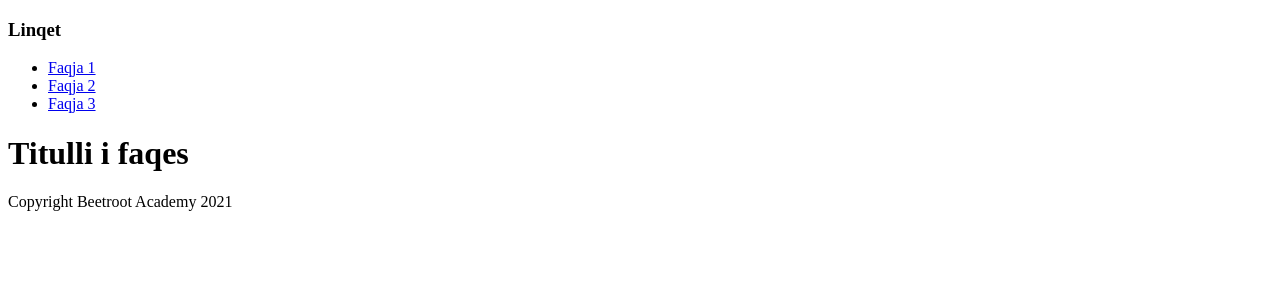
Repository: lendk/beetroot-fe-g1
Page: 02/index.html
An editor plug-in stored every save of this project. The page is shown before and after the next save, followed by the edit.
The browser window is 1280 px wide. The pictures show the whole page.

Above is the page before, as saved 2021-01-16 09:34:11.

### 02/index.html
<!DOCTYPE html>

<html>

<head>
  <title>Ligjerata 2/3 Html5</title>
</head>

<body>
  <header>
    <h3>Linqet</h3>
    <ul>
      <li><a href="#">Faqja 1</a></li>
      <li><a href="#">Faqja 2</a></li>
      <li><a href="#">Faqja 3</a></li>
    </ul>
  </header>
  <main>
    <h1>Titulli i faqes</h1>
  </main>
  <footer>
    <span>Copyright Beetroot Academy 2021</span>
  </footer>

</body>

</html>

After the next save:
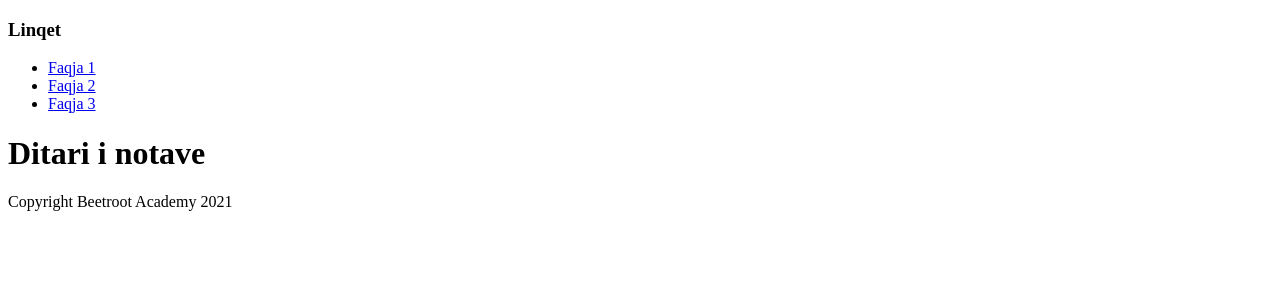
Saved 47 s later.
--- a/02/index.html
+++ b/02/index.html
@@ -16,7 +16,7 @@
     </ul>
   </header>
   <main>
-    <h1>Titulli i faqes</h1>
+    <h1>Ditari i notave</h1>
   </main>
   <footer>
     <span>Copyright Beetroot Academy 2021</span>
